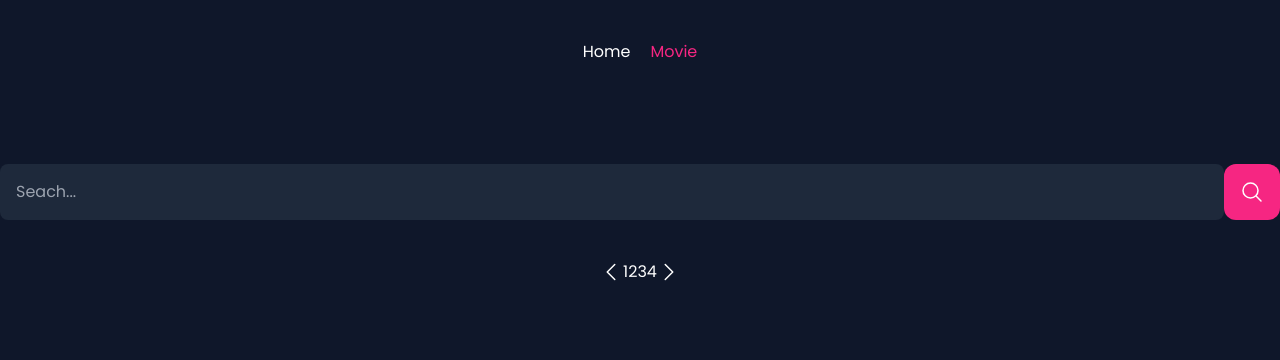
Repository: HoangLong0210/MovieWithTheMovieDb
Page: /movie
The author's editor kept a copy of each file at every save. The page is drawn from the files as they stood at one save, then again after the next save.
The browser window is 1280 px wide. The pictures show the whole page.
The page's requests for data from a server got no answer. The project was rebuilt for these pictures with package versions that can differ from the ones it lists, and the page was loaded fresh each time. No one was signed in, and anything a server would have sent is missing. Also part of the build but not shown: src/components/banner/BannerItem.js, src/components/banner/Banner.js, src/components/movie/MovieCard.js, src/components/movie/MovieList.js, src/pages/HomePage.js, src/components/movie/MovieCredits.js, src/components/movie/MovieVideo.js, src/components/movie/MovieSimilar.js and 1 more.

Above is the page before, as saved 2023-04-29 13:14:54.

### public/index.html
<!DOCTYPE html>
<html lang="en">
  <head>
    <meta charset="utf-8" />
    <link rel="icon" href="%PUBLIC_URL%/favicon.ico" />
    <meta name="viewport" content="width=device-width, initial-scale=1" />
    <meta name="theme-color" content="#000000" />
    <meta
      name="description"
      content="Web site created using create-react-app"
    />
    <link rel="apple-touch-icon" href="%PUBLIC_URL%/logo192.png" />
    <!--
      manifest.json provides metadata used when your web app is installed on a
      user's mobile device or desktop. See https://developers.google.com/web/fundamentals/web-app-manifest/
    -->
    <link rel="manifest" href="%PUBLIC_URL%/manifest.json" />
    <link rel="preconnect" href="https://fonts.googleapis.com" />
    <link rel="preconnect" href="https://fonts.gstatic.com" crossorigin />
    <link
      href="https://fonts.googleapis.com/css2?family=Poppins:wght@400;500;700;800;900&display=swap"
      rel="stylesheet"
    />

    <!--
      Notice the use of %PUBLIC_URL% in the tags above.
      It will be replaced with the URL of the `public` folder during the build.
      Only files inside the `public` folder can be referenced from the HTML.

      Unlike "/favicon.ico" or "favicon.ico", "%PUBLIC_URL%/favicon.ico" will
      work correctly both with client-side routing and a non-root public URL.
      Learn how to configure a non-root public URL by running `npm run build`.
    -->
    <title>React App</title>
  </head>
  <body>
    <noscript>You need to enable JavaScript to run this app.</noscript>
    <div id="root"></div>
    <!--
      This HTML file is a template.
      If you open it directly in the browser, you will see an empty page.

      You can add webfonts, meta tags, or analytics to this file.
      The build step will place the bundled scripts into the <body> tag.

      To begin the development, run `npm start` or `yarn start`.
      To create a production bundle, use `npm run build` or `yarn build`.
    -->
  </body>
</html>

### src/index.scss
@tailwind base;
@tailwind components;
@tailwind utilities;

@layer base {
  body {
    @apply bg-slate-900 font-body text-white select-none;
  }
}

@layer components {
  .page-container {
    max-width: 1280px;
    @apply mx-auto;
  }
  .page-container-fluid {
    max-width: 1440px;
    @apply mx-auto;
  }
  .movie-list .swiper-slide {
    width: 300px;
    height: auto;
  }
  .banner .swiper {
    height: 100%;
  }
}

### src/App.js
import { Fragment } from "react";
import Banner from "./components/banner/Banner";
import "swiper/scss";
import HomePage from "./pages/HomePage";
import { Route, Routes } from "react-router-dom";
import Main from "./components/layout/Main";
import MoviePage from "./pages/MoviePage";
import MovieDetailsPage from "./pages/MovieDetailsPage";

function App() {
  return (
    <Fragment>
      <Routes>
        <Route element={<Main></Main>}>
          <Route
            path="/"
            element={
              <>
                <Banner></Banner>
                <HomePage></HomePage>
              </>
            }
          ></Route>
          <Route path="/movie" element={<MoviePage></MoviePage>}></Route>
          <Route
            path="/movie/:movieId"
            element={<MovieDetailsPage></MovieDetailsPage>}
          ></Route>
        </Route>
      </Routes>
    </Fragment>
  );
}

export default App;

### src/components/layout/Main.js
import React, { Fragment } from "react";
import Header from "./Header";
import { Outlet } from "react-router-dom";

const Main = () => {
  return (
    <Fragment>
      <Header></Header>
      <Outlet></Outlet>
    </Fragment>
  );
};

export default Main;

### src/pages/MoviePage.js
import React, { useEffect, useState } from "react";
import { apiKey, fetcher } from "../config";
import useSWR from "swr";
import MovieCard from "../components/movie/MovieCard";
import useDebounce from "../hooks/useDebounce";

const MoviePage = () => {
  const [search, setSearch] = useState("");
  const [url, setUrl] = useState(
    `https://api.themoviedb.org/3/movie/popular?api_key=${apiKey}`
  );
  const debounceValue = useDebounce(search, 1500);
  const handleSearch = (e) => {
    setSearch(e.target.value);
  };
  const { data, error } = useSWR(url, fetcher);
  const loading = !data && !error;
  const movie = data?.results || [];

  useEffect(() => {
    if (debounceValue) {
      setUrl(
        `https://api.themoviedb.org/3/search/movie?api_key=${apiKey}&query=${debounceValue}`
      );
    } else {
      setUrl(`https://api.themoviedb.org/3/movie/popular?api_key=${apiKey}`);
    }
  }, [debounceValue]);

  return (
    <div className="py-10 page-container">
      <div className="flex mb-10">
        <div className="flex-1">
          <input
            type="text"
            className="w-full p-4 bg-slate-800 text-white rounded-lg outline-none "
            placeholder="Seach..."
            onChange={handleSearch}
          />
        </div>
        <button className="p-4 text-white bg-primary  rounded-xl">
          <svg
            xmlns="http://www.w3.org/2000/svg"
            fill="none"
            viewBox="0 0 24 24"
            strokeWidth="1.5"
            stroke="currentColor"
            className="w-6 h-6"
          >
            <path
              strokeLinecap="round"
              strokeLinejoin="round"
              d="M21 21l-5.197-5.197m0 0A7.5 7.5 0 105.196 5.196a7.5 7.5 0 0010.607 10.607z"
            />
          </svg>
        </button>
      </div>
      {loading && (
        <div className="w-10 h-10 rounded-full border-4 border-primary border-t-transparent border-t-4 mx-auto animate-spin"></div>
      )}
      <div className="grid grid-cols-4 gap-10">
        {!loading &&
          movie.length > 0 &&
          movie.map((item) => (
            <MovieCard key={item.id} data={item}></MovieCard>
          ))}
      </div>
      <div className="flex items-center justify-center">
        <span>
          <svg
            xmlns="http://www.w3.org/2000/svg"
            fill="none"
            viewBox="0 0 24 24"
            stroke-width="1.5"
            stroke="currentColor"
            class="w-6 h-6"
          >
            <path
              stroke-linecap="round"
              stroke-linejoin="round"
              d="M15.75 19.5L8.25 12l7.5-7.5"
            />
          </svg>
        </span>
        <span>1</span>
        <span>2</span>
        <span>3</span>
        <span>4</span>
        <span>
          <svg
            xmlns="http://www.w3.org/2000/svg"
            fill="none"
            viewBox="0 0 24 24"
            stroke-width="1.5"
            stroke="currentColor"
            class="w-6 h-6"
          >
            <path
              stroke-linecap="round"
              stroke-linejoin="round"
              d="M8.25 4.5l7.5 7.5-7.5 7.5"
            />
          </svg>
        </span>
      </div>
    </div>
  );
};

export default MoviePage;

### src/config.js
export const fetcher = (...args) => fetch(...args).then((res) => res.json());
export const apiKey = "a58d8f2dcc2e162008480323ba82d932";

### src/components/layout/Header.js
import React from "react";
import { NavLink } from "react-router-dom";

const Header = () => {
  return (
    <header className="header flex items-center justify-center gap-x-5 py-10 text-white mb-5">
      <NavLink
        to="/"
        className={({ isActive }) => (isActive ? "text-primary" : "")}
      >
        Home
      </NavLink>
      <NavLink
        to="/movie"
        className={({ isActive }) => (isActive ? "text-primary" : "")}
      >
        Movie
      </NavLink>
    </header>
  );
};

export default Header;

### src/hooks/useDebounce.js
import { useEffect, useState } from "react";

export default function useDebounce(initializeValue = "", delay = 1000) {
  const [debounceValue, setDebounceValue] = useState(initializeValue);
  useEffect(() => {
    const timer = setTimeout(() => {
      setDebounceValue(initializeValue);
    }, delay);
    return () => {
      clearTimeout(timer);
    };
  }, [delay, initializeValue]);
  return debounceValue;
}

### tailwind.config.js
/** @type {import('tailwindcss').Config} */
module.exports = {
  content: ["./src/**/*.{js,jsx,ts,tsx}"],
  theme: {
    extend: {
      fontFamily: {
        body: ["Poppins", "sans-serif"],
      },
      colors: {
        primary: "#F62682",
        secondary: "#6F5CF1",
      },
    },
  },
  plugins: [],
};

Loaded but not shown: src/index.js (common file); src/reportWebVitals.js (common file)

After the next save:
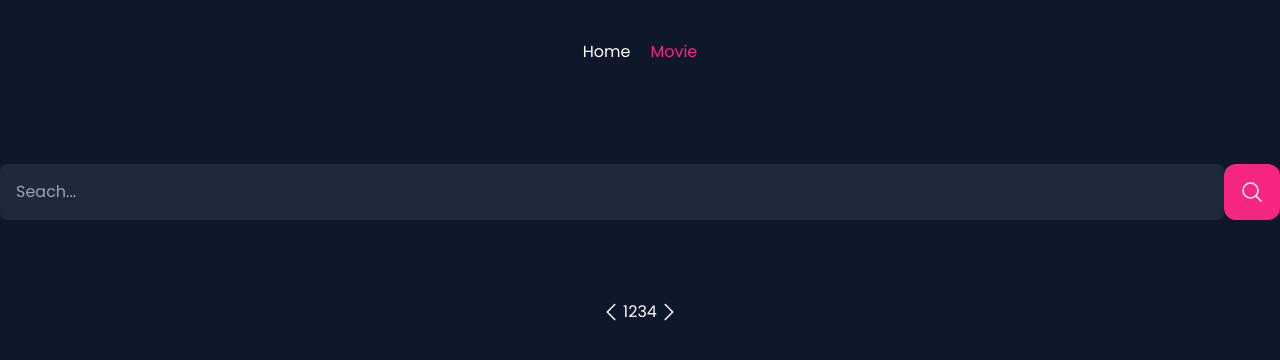
Saved 8 s later.
--- a/src/pages/MoviePage.js
+++ b/src/pages/MoviePage.js
@@ -65,7 +65,7 @@
             <MovieCard key={item.id} data={item}></MovieCard>
           ))}
       </div>
-      <div className="flex items-center justify-center">
+      <div className="flex items-center justify-center mt-10">
         <span>
           <svg
             xmlns="http://www.w3.org/2000/svg"
